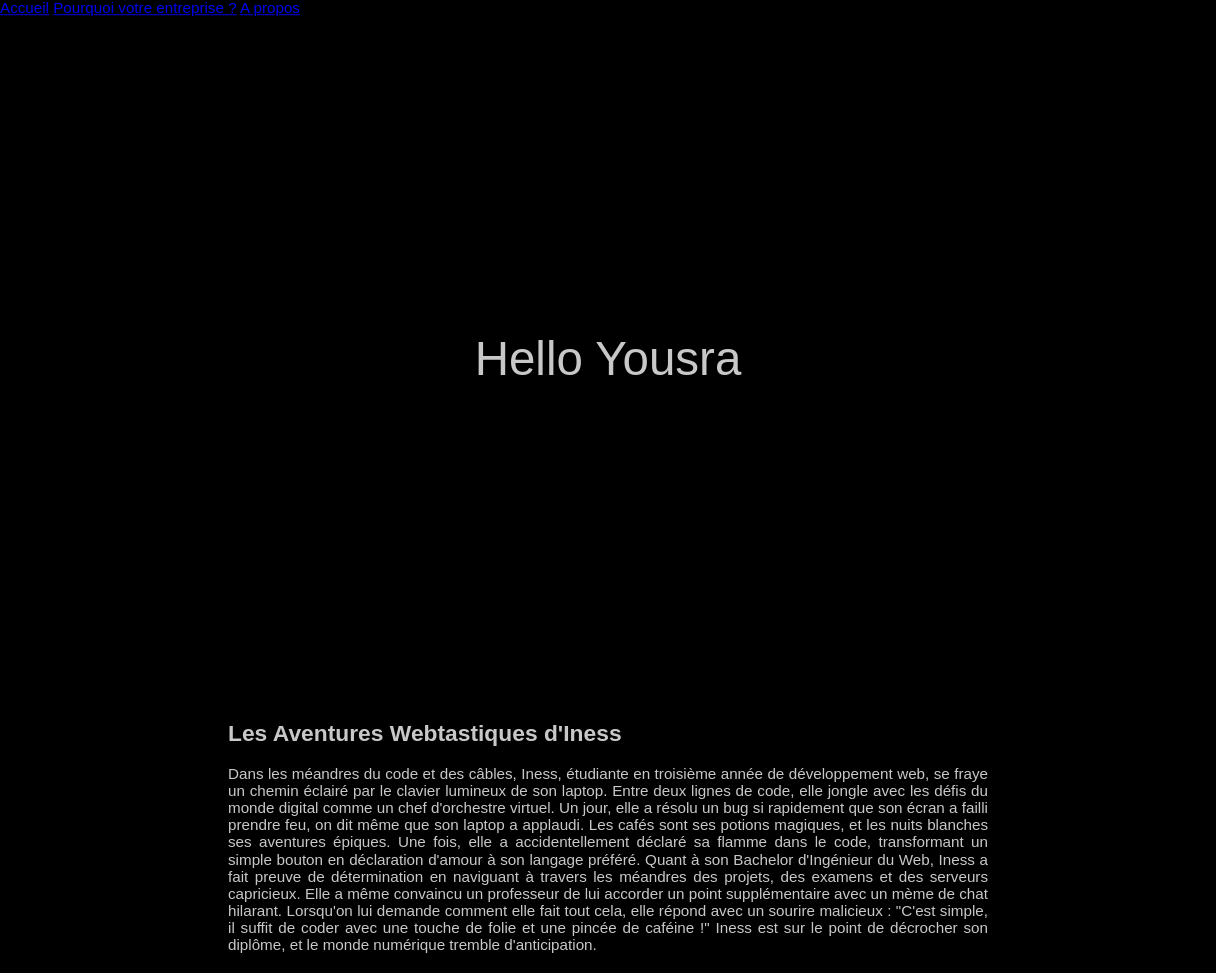
Repository: inessben/application
Page: index.html
These files come from the project's save history. The page is drawn as it stood at one moment and after the next save; the edit follows.
The browser window is 1280 px wide. The pictures show the whole page, at 95% of full size.

Above is the page before, as saved 2023-12-03 19:51:33.

After the next save:
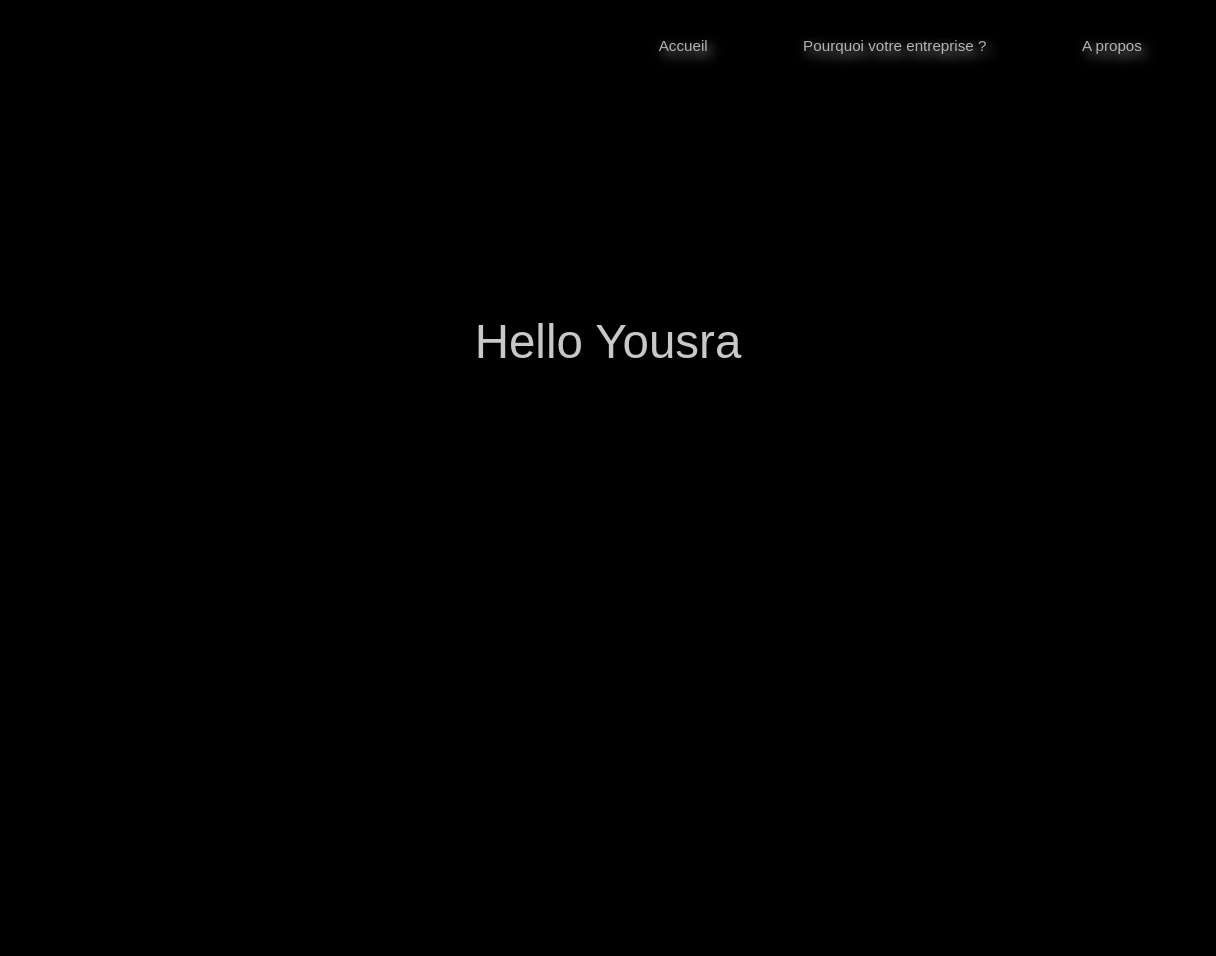
Saved 44 s later.
--- a/index.css
+++ b/index.css
@@ -1,6 +1,6 @@
 html {
     scroll-behavior: smooth;
-    }
+}
 
 body {
     margin: 0;
@@ -8,9 +8,29 @@ body {
     font-family: 'Arial', sans-serif;
     background-color: #000000;
     color: #c8c8c8;
-    margin: 0;
     padding: 0;
-    }
+}
+
+#nav-header {
+    position: absolute;
+    top: 30px;
+    right: 20px;
+    font-size: 16px;
+    font-weight: 500;
+    padding: 10px;
+}
+
+.link {
+    filter: drop-shadow(4px 5px 6px #b2b1b1);
+    padding: 8px;
+    text-decoration: none;
+    color: #b3b3b3;
+    margin: auto 40px;
+}
+
+.link:hover {
+    opacity: 0.7;
+}
 
 #interactive-section {
     height: 100vh;
@@ -19,8 +39,9 @@ body {
     align-items: center;
     justify-content: center;
     background-color: #000000;
+    overflow: hidden;
     transition: opacity 0.5s ease-in-out;
-    }
+}
 
 #main-content {
     max-width: 800px;
@@ -30,18 +51,4 @@ body {
     opacity: 0;
     visibility: hidden;
     transition: opacity 0.5s ease-in-out;
-
-    }
-#interactive-section.show-main-content {
-    opacity: 0;
-    pointer-events: none;
 }
-
-#main-content {
-    opacity: 1;
-    visibility: visible;
-}
-
-#main-content.display {
-    opacity: 1;
-  }
